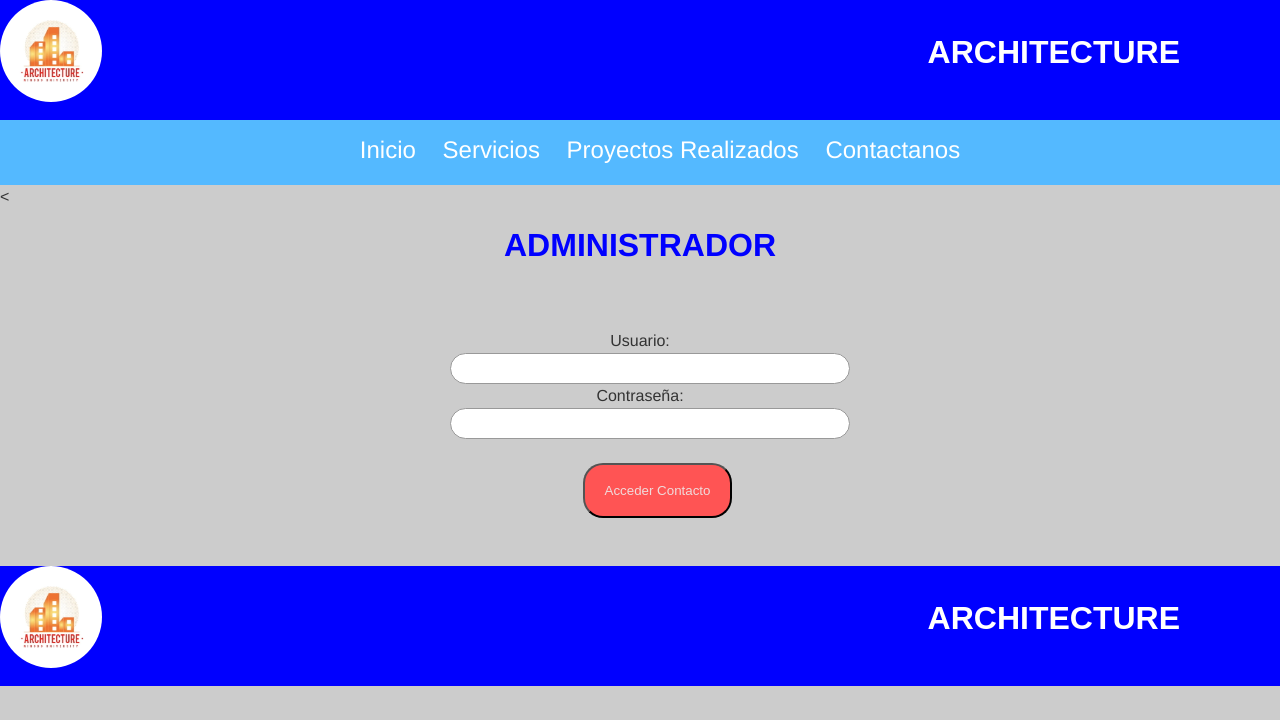
Repository: gabrielestrella18/htdocs
Page: http://localhost/arquitectos/login.php
These files come from the project's save history. The page is drawn as it stood at one moment and after the next save; the edit follows.
The browser window is 1280 px wide. The pictures show the whole page.
The page is run by PHP 8.4 with error messages shown; the project is at /var/www/html/.

Above is the page before, as saved 2023-12-10 01:11:53.

After the next save:
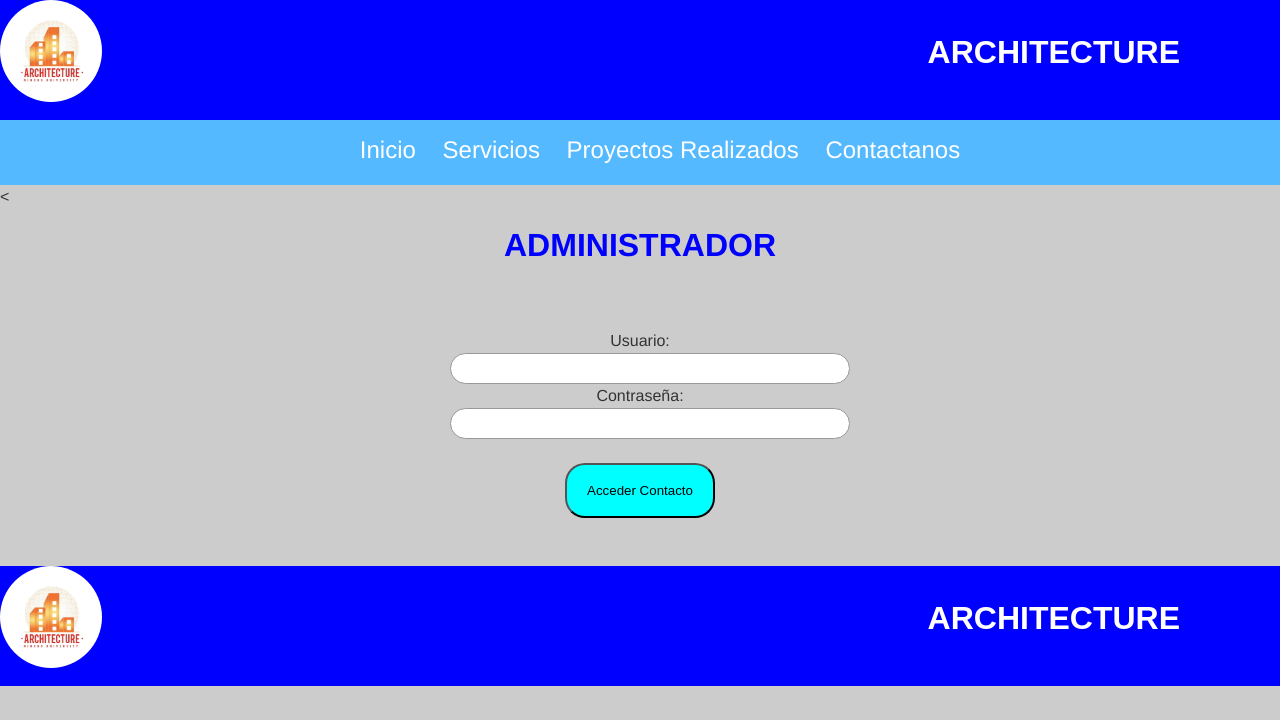
Saved 8 s later.
--- a/arquitectos/login.php
+++ b/arquitectos/login.php
@@ -29,7 +29,7 @@ include "menu.php"
           <div class="cont"><label>Contraseña:</label></div>
           <input type="password" name="contrasena" id="contra" class="campos" required >
           <br><br>
-          <button class="boton3" type="submit" id="Acceder" href="inicio.php">Acceder Contacto</button>
+          <button class="boton4" type="submit" id="Acceder" href="inicio.php">Acceder Contacto</button>
         </form>
       </div>
    <br><br>
